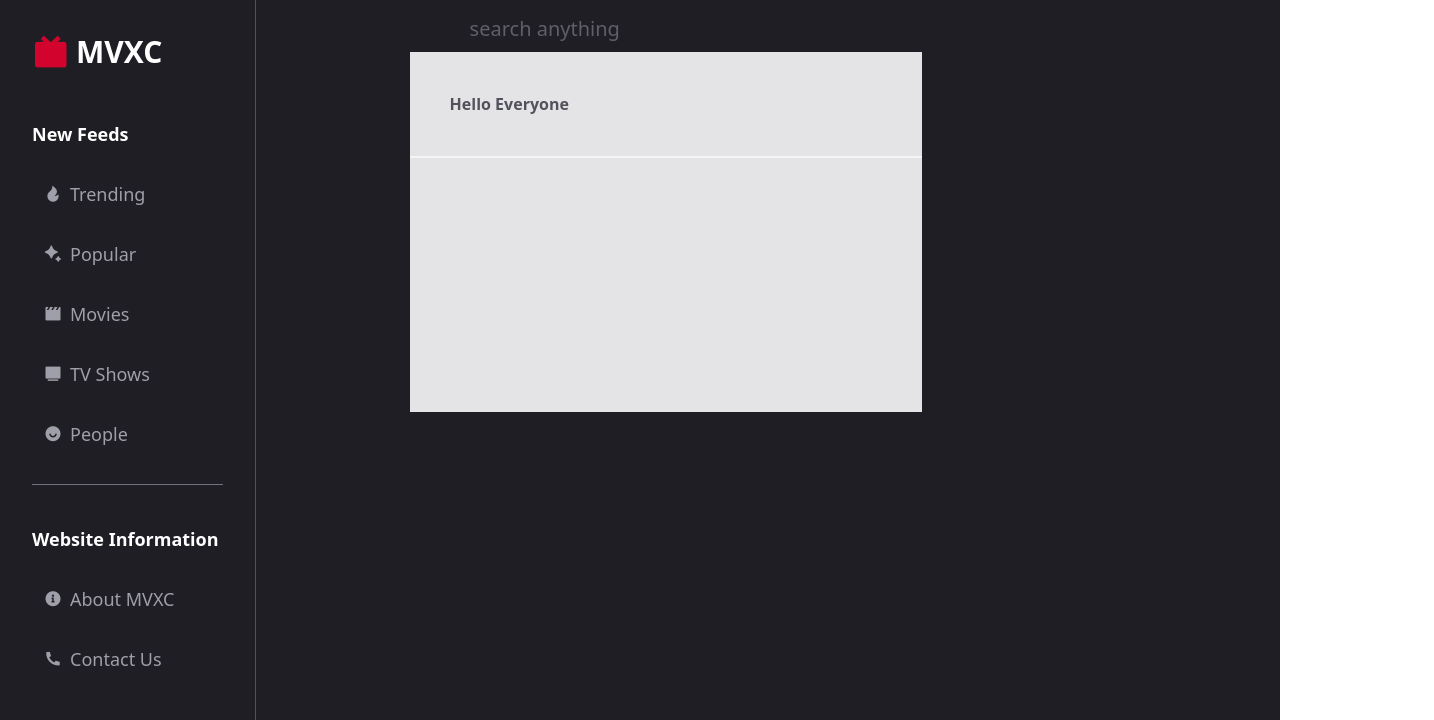
Repository: Csiddharth7906/MovieAppUpdatedVersion
Page: / (app in MVXC-MovieWebApplication/)
These files come from the project's save history. The page is drawn as it stood at one moment and after the next save; the edit follows.
The browser window is 1280 px wide. The page is 1434 px wide, so the pictures cover 1434 px, including what lies to the right of the window. The pictures show the whole page.
Some web libraries are served in a nearby version. The project was rebuilt for these pictures with package versions that can differ from the ones it lists, and the page was loaded fresh each time. Also part of the build but not shown: MVXC-MovieWebApplication/vite.config.js.

Above is the page before, as saved 2025-06-17 10:23:41.

### MVXC-MovieWebApplication/index.html
<!doctype html>
<html lang="en">
  <head>
    <meta charset="UTF-8" />
    <link rel="icon" type="image/svg+xml" href="/tv-fill.svg" />
    <meta name="viewport" content="width=device-width, initial-scale=1.0" />
    <title>MVXC | Movie App</title>
    <link
      href="https://cdn.jsdelivr.net/npm/remixicon@4.5.0/fonts/remixicon.css"
      rel="stylesheet"
    />
  </head>
  <body>
    <div id="root"></div>
    <script type="module" src="/src/main.jsx"></script>
  </body>
</html>

### MVXC-MovieWebApplication/src/main.jsx
import { StrictMode } from "react";
import { createRoot } from "react-dom/client";
import "./index.css";
import App from "./App.jsx";
import { BrowserRouter } from "react-router-dom";

createRoot(document.getElementById("root")).render(
  <BrowserRouter>
    <App />
  </BrowserRouter>,
);

### MVXC-MovieWebApplication/src/index.css
@import "tailwindcss";

/* primary - #1F1E24
secondry - #D2042D */

::-webkit-scrollbar {
  width: 7px;
  height: 7px;
}
::-webkit-scrollbar-thumb {
  background-color: #161618;
  border-radius: 40px;
}
::-webkit-scrollbar-thumb {
  background-color: #161618;
  border-radius: 40px;
}

::-webkit-scrollbar-thumb:hover {
  background-color: #6556cd;
  border-radius: 40px;
}

### MVXC-MovieWebApplication/src/App.jsx
import { Route, Routes } from "react-router-dom";
import Home from "./components/Home";

const App = () => {
  return (
    <div className="bg-[#1F1E24] flex w-screen h-screen">
      <Routes>
        <Route path="/" element={<Home />}></Route>
      </Routes>
    </div>
  );
};

export default App;

### MVXC-MovieWebApplication/src/components/Home.jsx
import React from "react";
import Sidenav from "../templates/Sidenav";

import Topnav from "../templates/Topnav";

const Home = () => {
  document.title = "MVXC | HomePage";
  return (
    <>
      <Sidenav />
      <div className="w-[80%] h-full ">
        <Topnav />
      </div>
    </>
  );
};

export default Home;

### MVXC-MovieWebApplication/src/templates/Sidenav.jsx
import React from "react";
import { Link } from "react-router-dom";

const Sidenav = () => {
  return (
    <div className="w-[20%] h-full border-r border-zinc-600 p-8 bg-[#1F1E24]">
      {/* Logo */}
      <h1 className="text-3xl text-white font-bold flex items-center mb-8">
        <i className="text-[#D2042D] ri-tv-fill mr-2 text-4xl"></i>
        MVXC
      </h1>

      {/* New Feeds */}
      <nav className="text-zinc-400 text-lg flex flex-col gap-2">
        <h2 className="text-white font-semibold mt-4 mb-3">New Feeds</h2>
        <Link className="hover:bg-[#D2042D] hover:text-white rounded-md transition duration-200 p-3 flex items-center">
          <i className="mr-2 ri-fire-fill"></i> Trending
        </Link>
        <Link className="hover:bg-[#D2042D] hover:text-white rounded-md transition duration-200 p-3 flex items-center">
          <i className="mr-2 ri-bard-fill"></i> Popular
        </Link>
        <Link className="hover:bg-[#D2042D] hover:text-white rounded-md transition duration-200 p-3 flex items-center">
          <i className="mr-2 ri-clapperboard-fill"></i> Movies
        </Link>
        <Link className="hover:bg-[#D2042D] hover:text-white rounded-md transition duration-200 p-3 flex items-center">
          <i className="mr-2 ri-tv-2-fill"></i> TV Shows
        </Link>
        <Link className="hover:bg-[#D2042D] hover:text-white rounded-md transition duration-200 p-3 flex items-center">
          <i className="mr-2 ri-user-smile-fill"></i> People
        </Link>
      </nav>

      <hr className="border-none h-[1px] bg-zinc-500 my-6" />

      {/* Website Information */}
      <nav className="text-zinc-400 text-lg flex flex-col gap-2">
        <h2 className="text-white font-semibold mt-4 mb-3">
          Website Information
        </h2>
        <Link className="hover:bg-[#D2042D] hover:text-white rounded-md transition duration-200 p-3 flex items-center">
          <i className="mr-2 ri-information-2-fill"></i> About MVXC
        </Link>
        <Link className="hover:bg-[#D2042D] hover:text-white rounded-md transition duration-200 p-3 flex items-center">
          <i className="mr-2 ri-phone-fill"></i> Contact Us
        </Link>
      </nav>
    </div>
  );
};

export default Sidenav;

### MVXC-MovieWebApplication/src/templates/Topnav.jsx
import React, { useState } from "react";
import { Link } from "react-router-dom";

const Topnav = () => {
  const [query, setquery] = useState("");
  console.log(query)
  return (
    <div className="w-full h-[8vh] relative flex justify-start ml-[15%] items-center">
      <i classname="text-zinc-400 text-3xl ri-search-line"></i>
      <input
        onChange={(e)=> setquery(e.target.value)}
        value={query}
        className="w-[50%] p-5 text-xl outline-none border-none bg-transparent text-zinc-400  mx-10"
        type="text"
        placeholder="search anything"
      />
      {query.length >0 &&(

        <i onClick={()=>{setquery("")}} classname="text-zinc-400 text-3xl ri-close-fill"></i>
      )}

      <div className="w-[50%] h-[50vh] bg-zinc-200 absolute top-[90%] overflow-auto">
        <Link className="w-[100%] font-semibold hover:text-black hover:bg-zinc-300 duration-300 text-zinc-600  p-10 flex justify-start items-center border-b-2 border-zinc-100">
          <img src="" className="" alt="" />
          <span>Hello Everyone</span>
        </Link>
      </div>
    </div>
  );
};

export default Topnav;

After the next save:
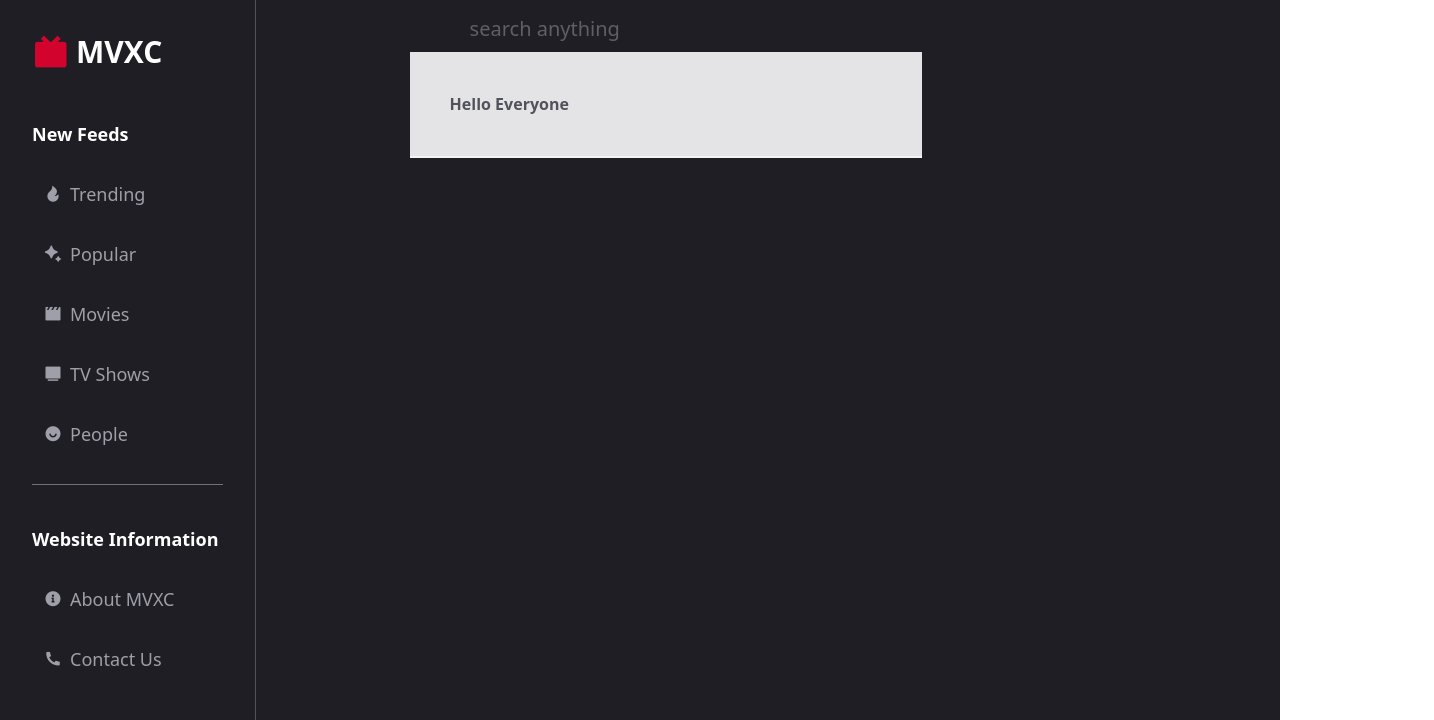
Saved 62 s later.
--- a/MVXC-MovieWebApplication/src/templates/Topnav.jsx
+++ b/MVXC-MovieWebApplication/src/templates/Topnav.jsx
@@ -19,7 +19,7 @@ const Topnav = () => {
         <i onClick={()=>{setquery("")}} classname="text-zinc-400 text-3xl ri-close-fill"></i>
       )}
 
-      <div className="w-[50%] h-[50vh] bg-zinc-200 absolute top-[90%] overflow-auto">
+      <div className="w-[50%] max-h-[50vh] bg-zinc-200 absolute top-[90%] overflow-auto">
         <Link className="w-[100%] font-semibold hover:text-black hover:bg-zinc-300 duration-300 text-zinc-600  p-10 flex justify-start items-center border-b-2 border-zinc-100">
           <img src="" className="" alt="" />
           <span>Hello Everyone</span>
